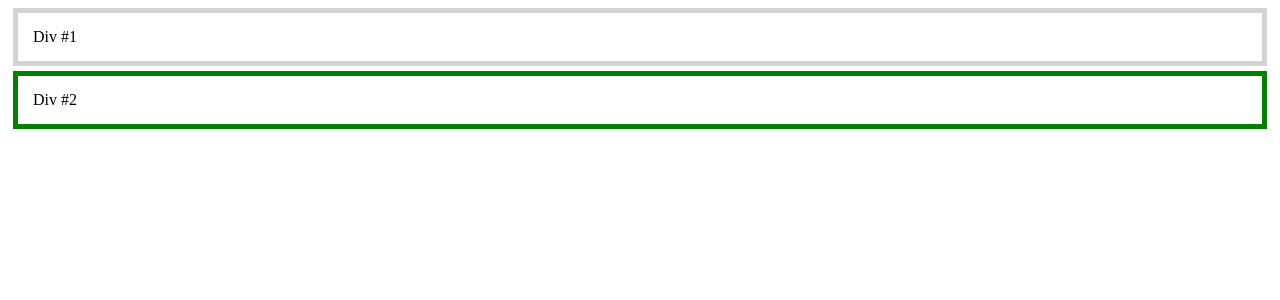
Repository: glgeorgiou/100-days-of-code-projects
Page: DOM Testing/2-4-modify-classes.html
These files come from the project's save history. The page is drawn as it stood at one moment and after the next save; the edit follows.
The browser window is 1280 px wide. The pictures show the whole page.

Above is the page before, as saved 2020-04-14 16:52:14.
Console error: ReferenceError: Cannot access 'div' before initialization

### DOM Testing/2-4-modify-classes.html
<!DOCTYPE html>
<html lang="en">
<style>
    .active {
        border: 5px solid green;
    }
    .alert {
        border: 5px solid red;
    }
    .hidden {
        display: none;
    }
    div {
        border: 5px solid lightgrey;
        padding: 15px;
        margin: 5px;
    }
</style>
<body>
    <div>Div #1</div>
    <div class="active">Div #2</div>
    <script src="2-4.js"></script>
</body>
</html>

### DOM Testing/2-4.js
/**
 * Source: https://medium.com/@timothyrobards/javascript-fundamentals-master-the-dom-part-2-bef36405598e
*/

//Which class does first div has
div = document.querySelector('.active');
console.log('The first div has the following class')
console.log(div.classList.value)

// Select div #1
const div = document.querySelector('div');
// Assign the alert class to div #1
div.className = 'alert';

After the next save:
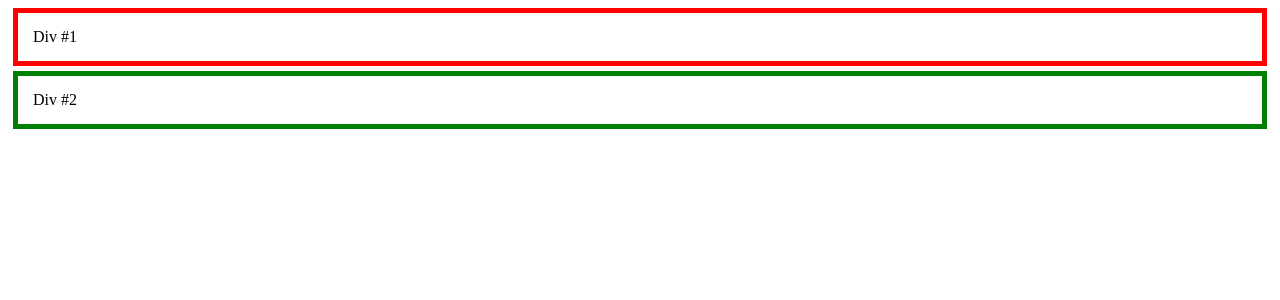
The error is gone.
Saved 9 s later.
--- a/DOM Testing/2-4.js
+++ b/DOM Testing/2-4.js
@@ -8,6 +8,6 @@
 console.log(div.classList.value)
 
 // Select div #1
-const div = document.querySelector('div');
+div = document.querySelector('div');
 // Assign the alert class to div #1
 div.className = 'alert';
